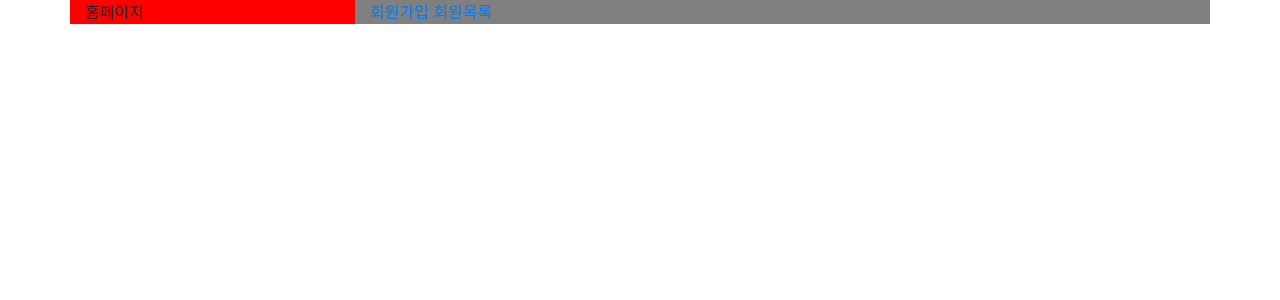
Repository: zero1128/20201113
Page: chap04/WebContent/index.html
These files come from the project's save history. The page is drawn as it stood at one moment and after the next save; the edit follows.
The browser window is 1280 px wide. The pictures show the whole page.

Above is the page before, as saved 2020-11-06 00:45:00.

After the next save:
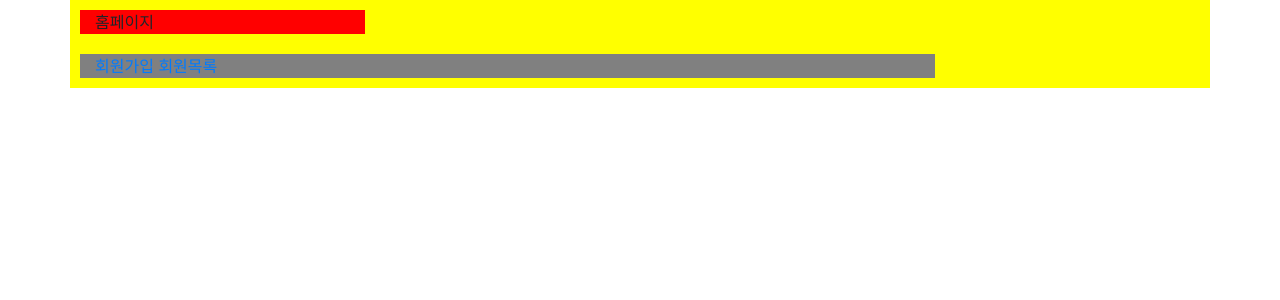
Saved 118 s later.
--- a/chap04/WebContent/index.html
+++ b/chap04/WebContent/index.html
@@ -16,9 +16,11 @@
 	}
 	.red{
 		background-color: red;
+		margin: 10px;
 	}
 	.gray{
 		background-color: gray;
+		margin: 10px;
 	}
 </style>
 </head>

After the save that followed:
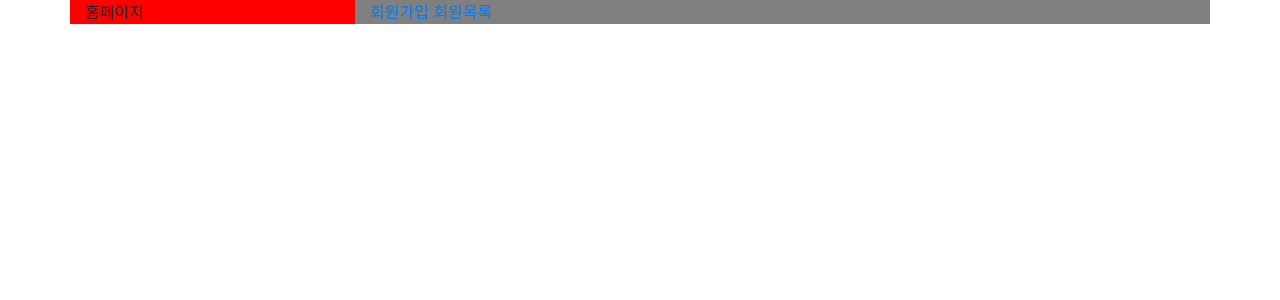
Saved 31 s later.
--- a/chap04/WebContent/index.html
+++ b/chap04/WebContent/index.html
@@ -16,11 +16,11 @@
 	}
 	.red{
 		background-color: red;
-		margin: 10px;
+/* 		margin: 10px; */
 	}
 	.gray{
 		background-color: gray;
-		margin: 10px;
+/* 		margin: 10px; */
 	}
 </style>
 </head>
